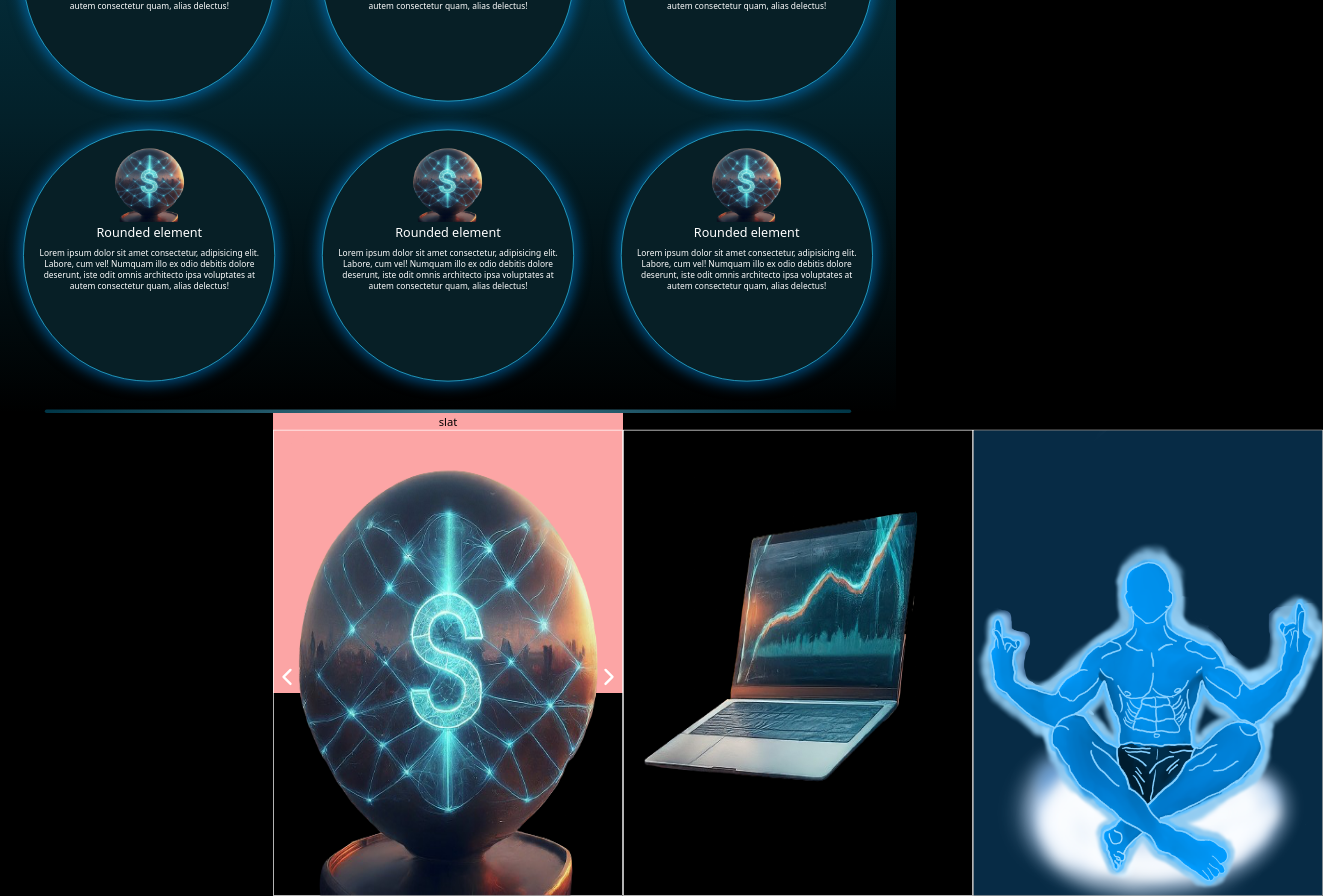
Repository: TMuse333/q3-desings2
Page: /
An editor plug-in stored every save of this project. The page is shown before and after the next save, followed by the edit.
The browser window is 1280 px wide. The page is 1890 px wide, then 1517 px, so the pictures cover 1890 px, including what lies to the right of the window. The pictures show the part of the page from y = 980 to 2260 px (the page is 2260 px tall before and 1970 px after), at 70% of full size.
The project was rebuilt for these pictures with package versions that can differ from the ones it lists, and the page was loaded fresh each time. Also part of the build but not shown: vite.config.ts.

Above is the page before, as saved 2024-05-11 14:20:56.

After the next save:
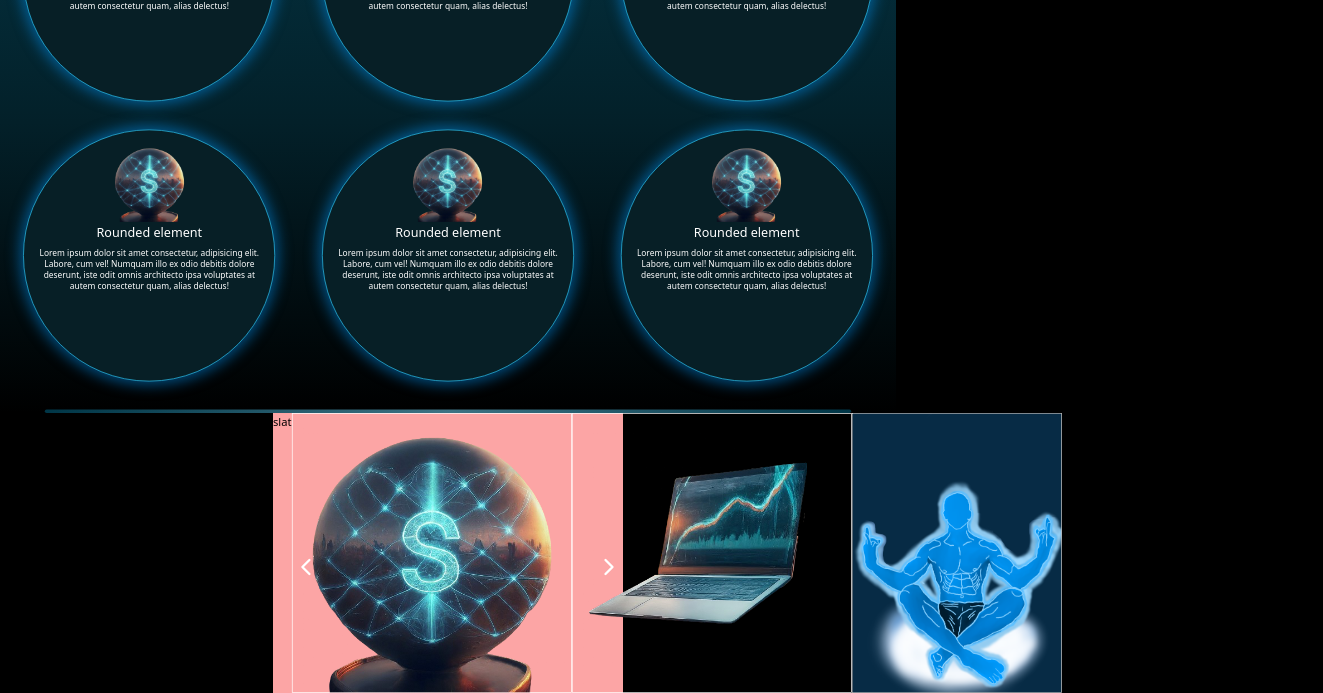
Saved 7 s later.
--- a/src/components/carousel/carousel.tsx
+++ b/src/components/carousel/carousel.tsx
@@ -28,7 +28,7 @@ justify-center items-center'>
 
 
         <section className=' relative w-[500px] bg-red-300
-        h-[400px]   '>
+        h-[400px]  flex '>
             slat
 
 
